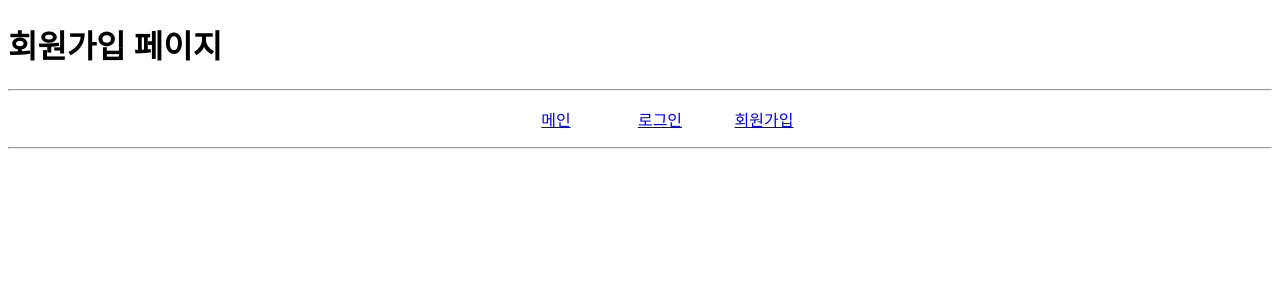
Repository: codingspecialist/jsp-weekend
Page: http://localhost/cos/join.jsp
The author's editor kept a copy of each file at every save. The page is drawn from the files as they stood at one save, then again after the next save.
The browser window is 1280 px wide. The pictures show the whole page.
The page is served by Tomcat 9.

Above is the page before, as saved 2020-08-22 02:44:44.

After the next save:
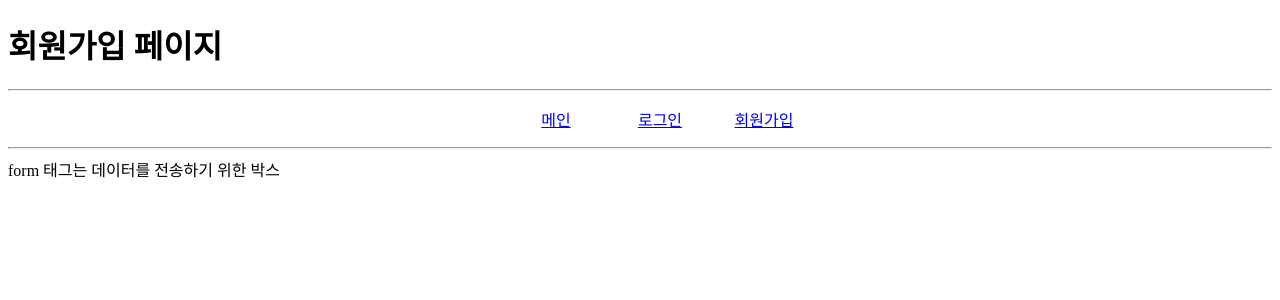
Saved 23 s later.
--- a/cos/WebContent/join.jsp
+++ b/cos/WebContent/join.jsp
@@ -25,7 +25,7 @@
 	<li><a href="join.jsp">회원가입</a></li>
 </ul>
 <hr/>
-
+form 태그는 데이터를 전송하기 위한 박스
 <form>
 
 </form>
